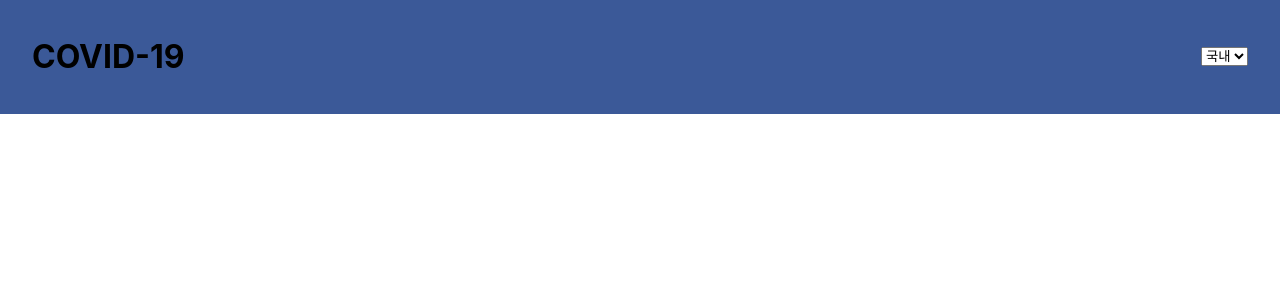
Repository: WOOBINKIM930518/test
Page: /
The author's editor kept a copy of each file at every save. The page is drawn from the files as they stood at one save, then again after the next save.
The browser window is 1280 px wide. The pictures show the whole page.
The project was rebuilt for these pictures with package versions that can differ from the ones it lists, and the page was loaded fresh each time.

Above is the page before, as saved 2022-01-12 21:56:50.

### src/App.css
.App{
  display: flex;
  flex-direction: column;
}

.header{
  padding: 1rem 2rem;
  background: #3b5998;
  display: flex;
  justify-content: space-between;
  align-items: center;
}

### src/components/Header.js
import React from "react";

const Header = () => {
  return (
    <header className="header">
      <h1>COVID-19 </h1>
      <select>
        <option>국내</option>
        <option>세계</option>
      </select>
    </header>
  );
};

export default Header;

Loaded but not shown: public/index.html (common file); src/index.js (common file); src/index.css (common file); src/App.js (common file); src/reportWebVitals.js (common file)

After the next save:
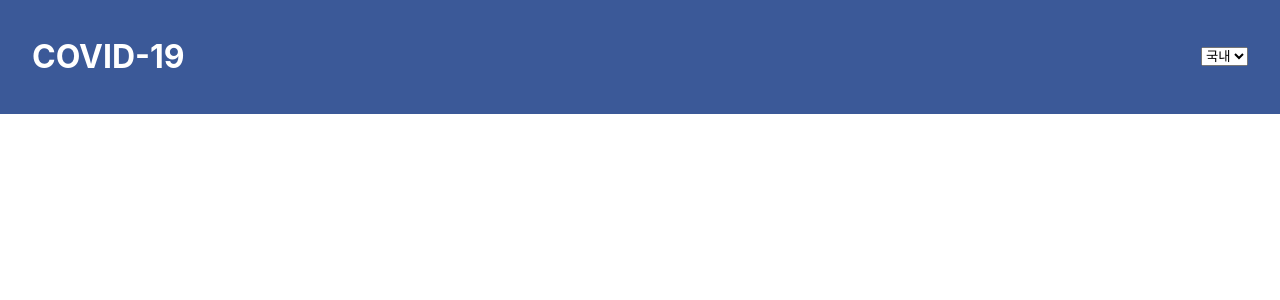
Saved 16 s later.
--- a/src/App.css
+++ b/src/App.css
@@ -10,3 +10,8 @@
   justify-content: space-between;
   align-items: center;
 }
+
+.header{
+  color:#fff;
+
+}
